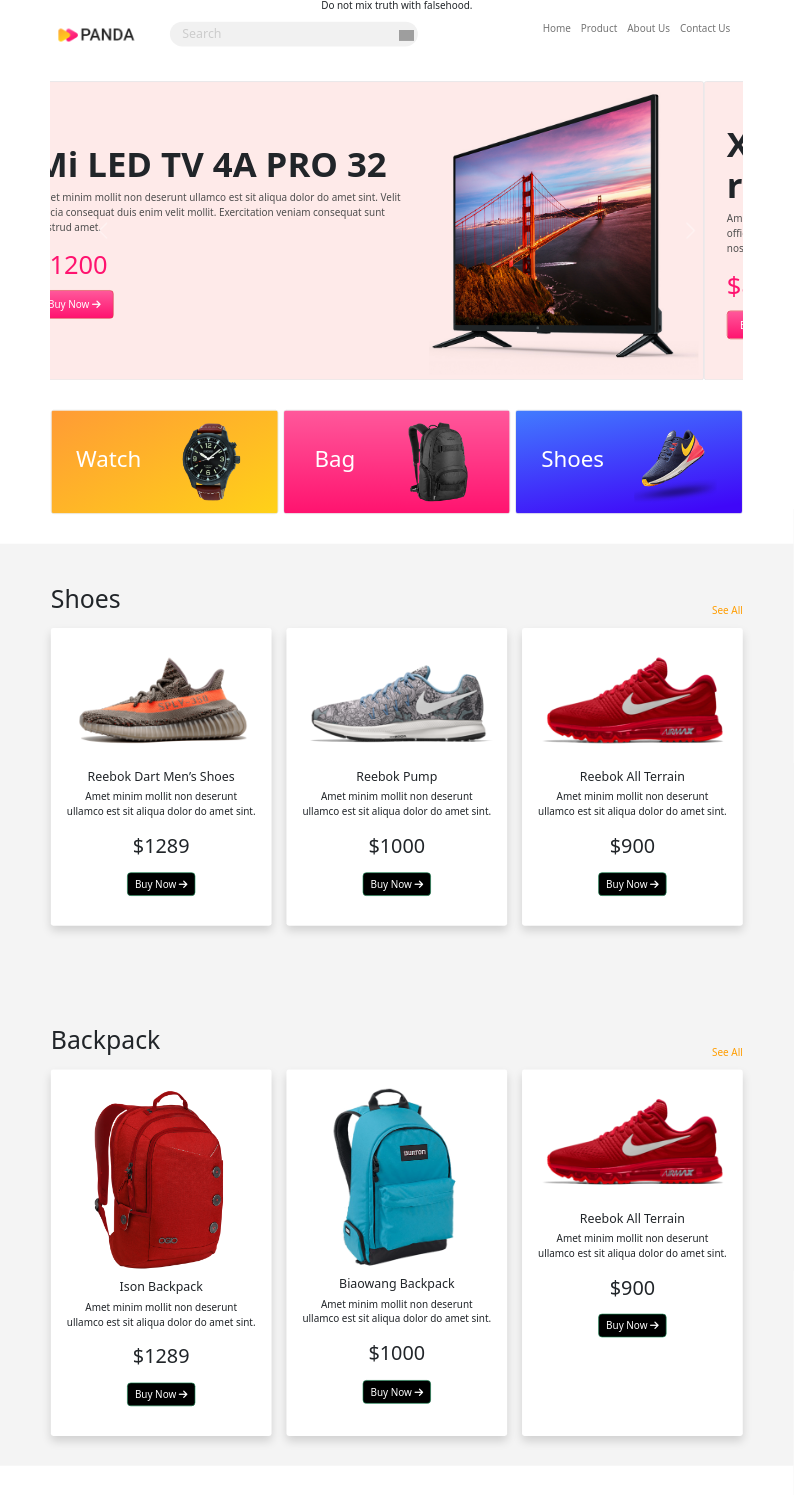
Repository: zjria/panda-e-commerce-
Page: index.html
An editor plug-in stored every save of this project. The page is shown before and after the next save, followed by the edit.
The browser window is 1280 px wide. The pictures show the whole page, at 62% of full size.
Pictures or frames that could not be fetched are drawn as grey boxes.

Above is the page before, as saved 2022-10-04 10:14:40.

After the next save:
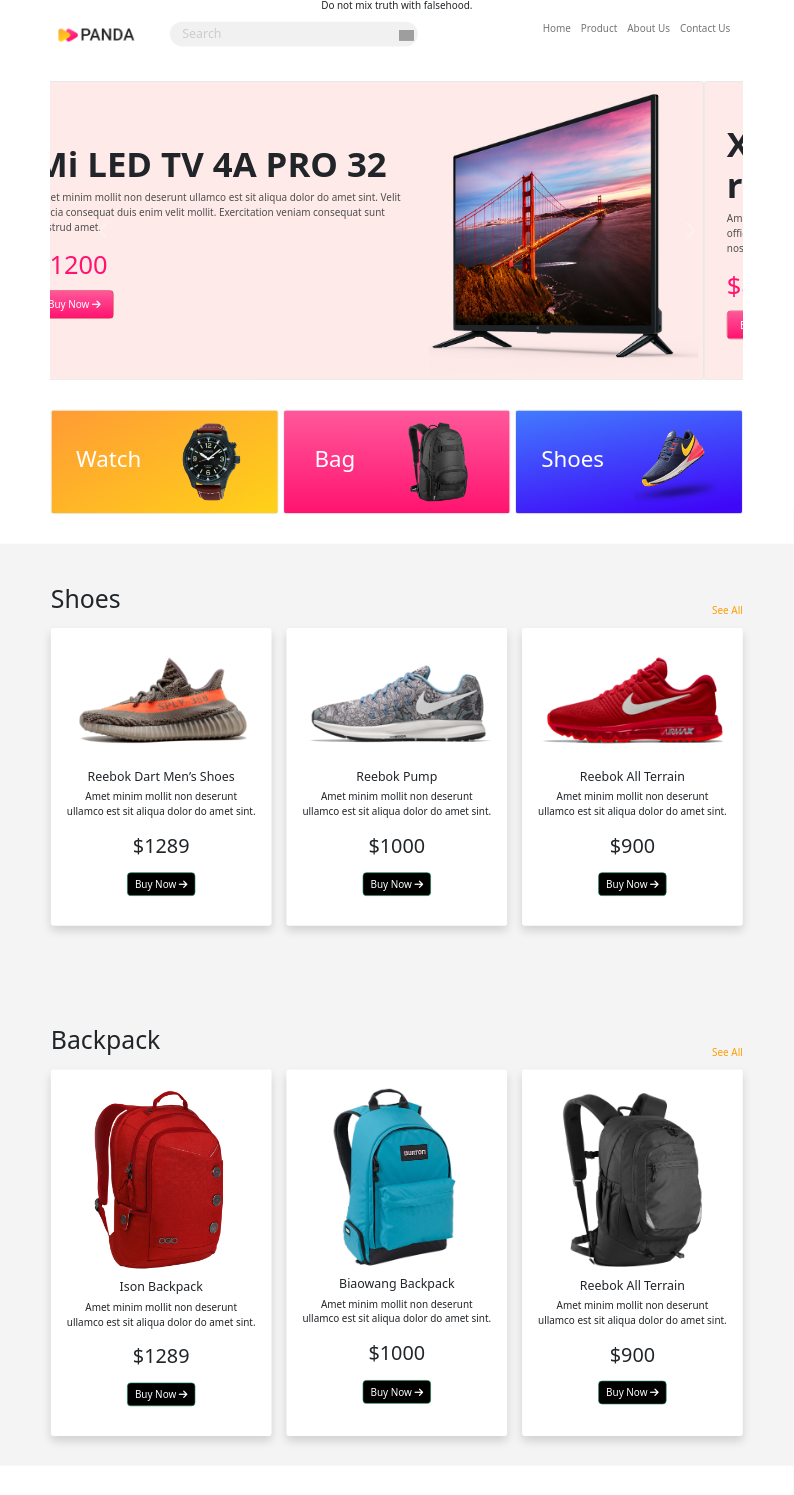
Saved 13 s later.
--- a/index.html
+++ b/index.html
@@ -250,7 +250,7 @@
                     </div>
                     <div class="col">
                         <div class="card h-100 border border-0 shadow p-2 mb-4 bg-body rounded">
-                            <img src="images/shoes/shoe-3.png" class="card-img-top" alt="...">
+                            <img src="images/bags/bag-3.png" class="card-img-top" alt="...">
                             <div class="card-body text-center">
                                 <h5 class="card-title">Reebok All Terrain</h5>
                                 <p class="card-text ">Amet minim mollit non deserunt ullamco est sit aliqua dolor do
